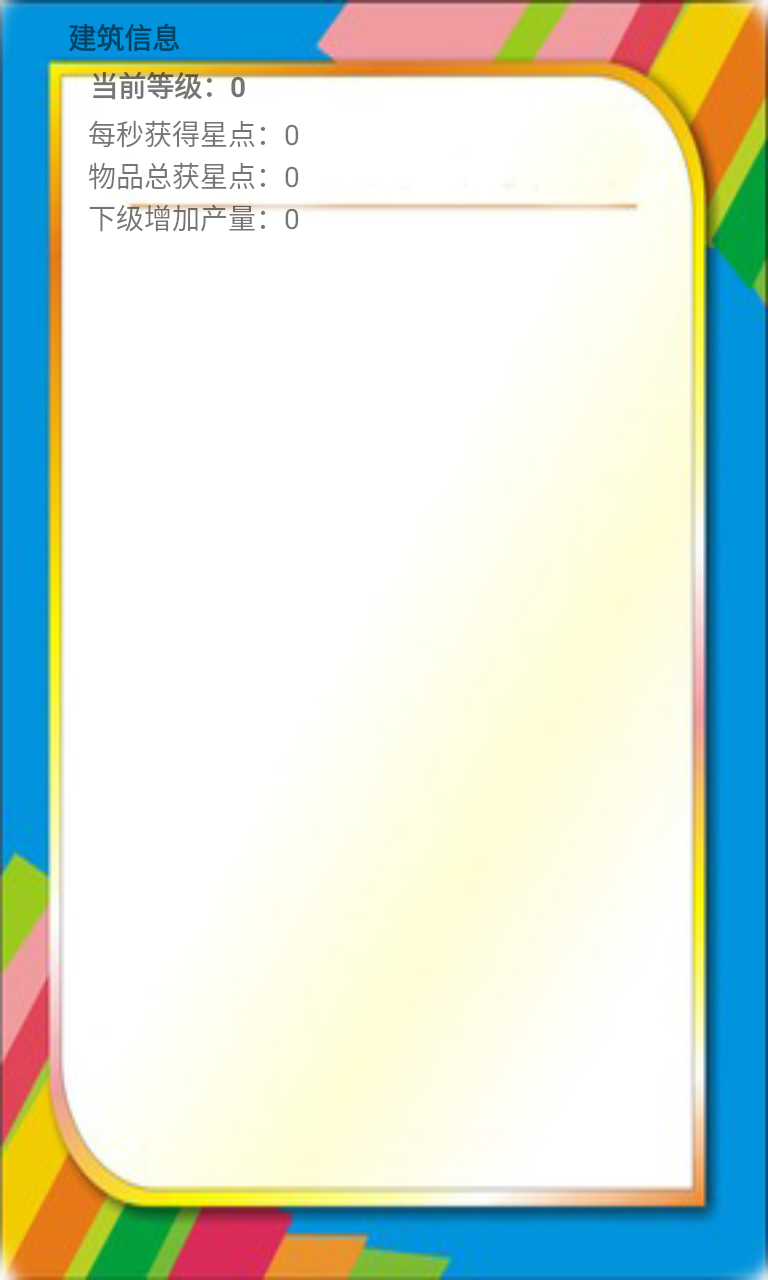
Repository: xianyun2014/StarPoint
Layout: game/res/layout/build_info_view.xml
An editor plug-in stored every save of this project. The layout is shown before and after the next save, followed by the edit.
It is drawn on a 768 x 1280 px phone screen (xhdpi) without system bars, with theme AppTheme; the app's code is not run.

Above is the layout before, as saved 2014-11-17 15:23:33.

### game/res/layout/build_info_view.xml
<RelativeLayout xmlns:android="http://schemas.android.com/apk/res/android"
    xmlns:android1="http://schemas.android.com/apk/res/android"
    android1:id="@+id/build_info"
    android1:layout_width="wrap_content"
    android1:layout_height="wrap_content"
    android1:layout_alignParentLeft="true"
    android1:layout_alignParentTop="true"
    android1:layout_alignParentBottom="true"
    android1:layout_alignParentRight="true"
    android1:layout_marginTop="60dp"
    android1:layout_marginRight="10dp"
    android1:layout_marginLeft="10dp"
    android1:layout_marginBottom="150dp">

    <ImageView
        android1:id="@+id/imageView1"
        android1:layout_width="fill_parent"
        android1:layout_height="fill_parent"
        android1:layout_alignParentBottom="true"
        android1:layout_alignParentLeft="true"
        android1:layout_alignParentTop="true"
        android1:scaleType="fitXY"
        android1:src="@drawable/info_build" />

    <TextView
        android1:id="@+id/build_title"
        android1:layout_width="wrap_content"
        android1:layout_height="wrap_content"
        android1:layout_alignParentLeft="true"
        android1:layout_alignParentTop="true"
        android1:layout_marginLeft="34dp"
        android1:layout_marginTop="8dp"
        android1:text="建筑信息"
        android1:textStyle="bold"
        android1:typeface="monospace" />

    <TableLayout
        android1:id="@+id/TableLayout1"
        android1:layout_width="wrap_content"
        android1:layout_height="wrap_content"
        android1:layout_alignLeft="@+id/build_title"
        android1:layout_below="@+id/textcurlevel"
        android1:layout_marginLeft="10dp"
        android1:layout_marginTop="3dp" >

        <TableRow
            android1:id="@+id/tableRow1"
            android1:layout_width="wrap_content"
            android1:layout_height="wrap_content" >

            <TextView
                android1:id="@+id/textView1"
                android1:layout_width="wrap_content"
                android1:layout_height="wrap_content"
                android1:text="每秒获得星点：" />

            <TextView
                android1:id="@+id/txt_yield_sec"
                android1:layout_width="wrap_content"
                android1:layout_height="wrap_content"
                android1:text="0" />

        </TableRow>

        <TableRow
            android1:id="@+id/tableRow2"
            android1:layout_width="wrap_content"
            android1:layout_height="wrap_content" >

            <TextView
                android1:id="@+id/textView3"
                android1:layout_width="wrap_content"
                android1:layout_height="wrap_content"
                android1:text="物品总获星点：" />

            <TextView
                android1:id="@+id/txt_yield_total"
                android1:layout_width="wrap_content"
                android1:layout_height="wrap_content"
                android1:text="0" />

        </TableRow>

        <TableRow
            android1:id="@+id/tableRow3"
            android1:layout_width="wrap_content"
            android1:layout_height="wrap_content" >

            <TextView
                android1:id="@+id/textView5"
                android1:layout_width="wrap_content"
                android1:layout_height="wrap_content"
                android1:text="下级增加产量：" />

            <TextView
                android1:id="@+id/txt_next_add"
                android1:layout_width="wrap_content"
                android1:layout_height="wrap_content"
                android1:text="0" />
        </TableRow>

        <TableRow
            android1:id="@+id/tableRow4"
            android1:layout_width="wrap_content"
            android1:layout_height="wrap_content" >
        </TableRow>
    </TableLayout>

    <TextView
        android1:id="@+id/textcurlevel"
        android1:layout_width="wrap_content"
        android1:layout_height="wrap_content"
        android1:layout_alignLeft="@+id/TableLayout1"
        android1:layout_below="@+id/build_title"
        android1:layout_marginLeft="1dp"
        android1:layout_marginTop="3dp"
        android1:text="当前等级："
        android1:textStyle="bold" />

    <TextView
        android1:id="@+id/txt_Level"
        android1:layout_width="wrap_content"
        android1:layout_height="wrap_content"
        android1:layout_alignBaseline="@+id/textcurlevel"
        android1:layout_alignBottom="@+id/textcurlevel"
        android1:layout_toRightOf="@+id/textcurlevel"
        android1:text="0"
        android1:textStyle="bold" />

</RelativeLayout>

Loaded but not shown: game/res/values/styles.xml (common file); game/res/values-v11/styles.xml (common file); game/res/values-v14/styles.xml (common file)

After the next save:
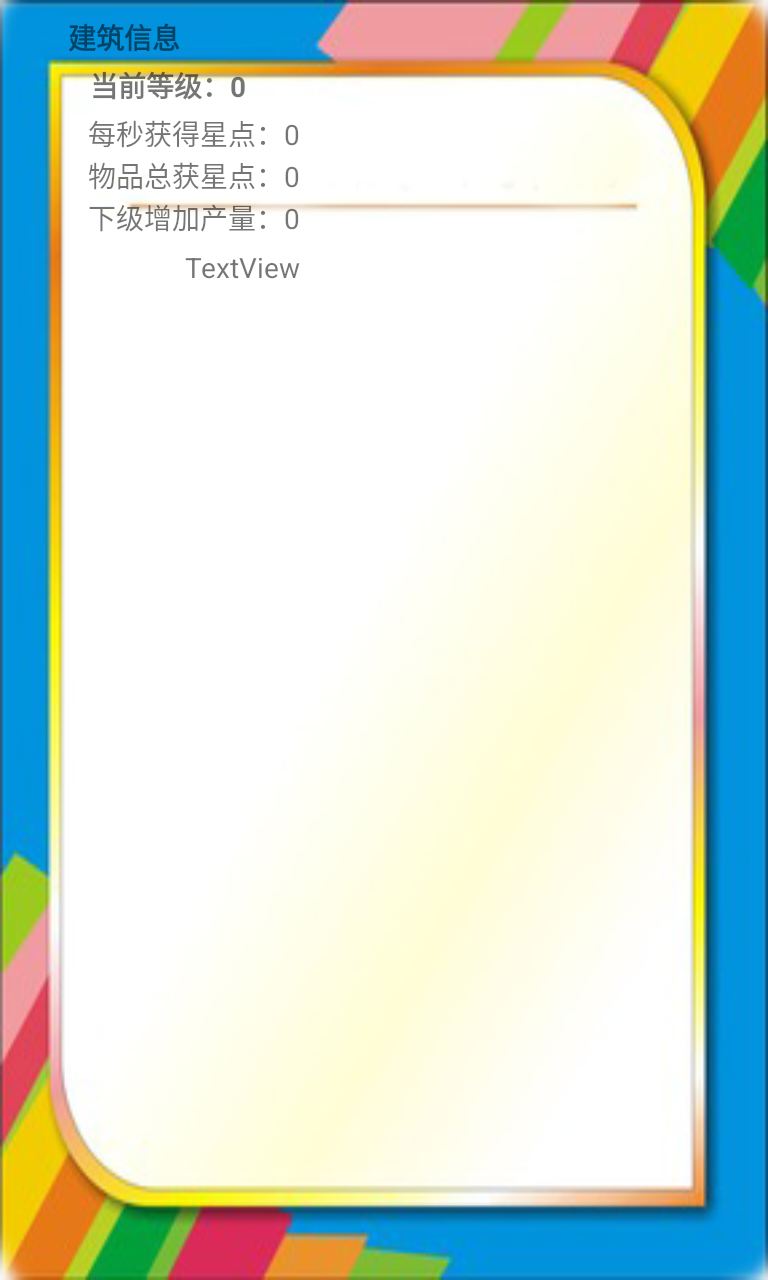
Saved 48 s later.
--- a/game/res/layout/build_info_view.xml
+++ b/game/res/layout/build_info_view.xml
@@ -98,12 +98,6 @@
                 android1:layout_height="wrap_content"
                 android1:text="0" />
         </TableRow>
-
-        <TableRow
-            android1:id="@+id/tableRow4"
-            android1:layout_width="wrap_content"
-            android1:layout_height="wrap_content" >
-        </TableRow>
     </TableLayout>
 
     <TextView
@@ -127,4 +121,13 @@
         android1:text="0"
         android1:textStyle="bold" />
 
+    <TextView
+        android1:id="@+id/textView2"
+        android1:layout_width="wrap_content"
+        android1:layout_height="wrap_content"
+        android1:layout_alignRight="@+id/TableLayout1"
+        android1:layout_below="@+id/TableLayout1"
+        android1:layout_marginTop="5dp"
+        android1:text="TextView" />
+
 </RelativeLayout>
